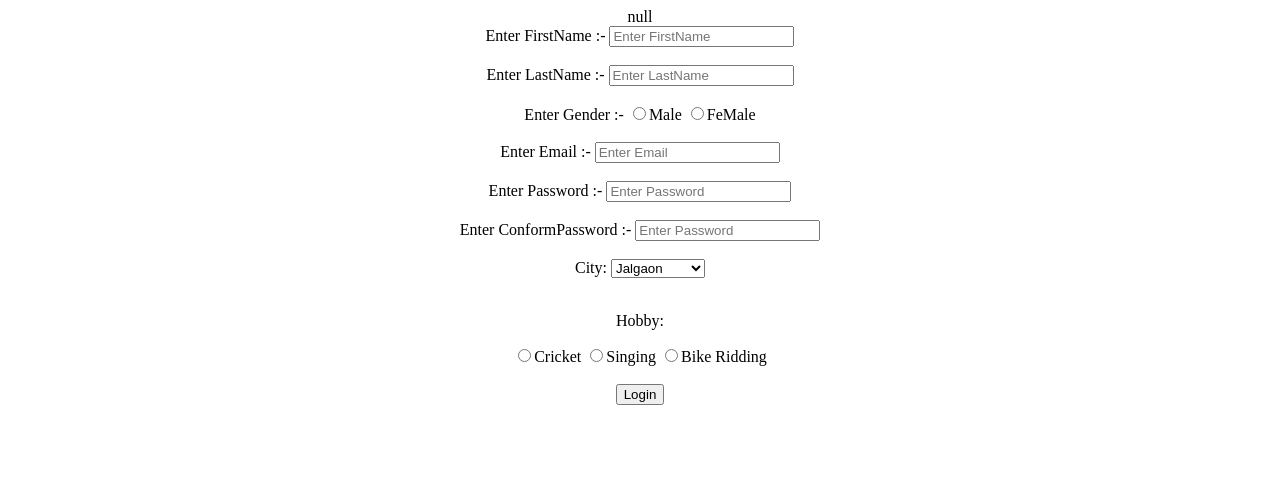
Repository: shzkhar/ISM_ADV_JAVA_23
Page: http://localhost/JSPRegiDemo/Regi.jsp
The author's editor kept a copy of each file at every save. The page is drawn from the files as they stood at one save, then again after the next save.
The browser window is 1280 px wide. The pictures show the whole page.
The page is served by Tomcat 9. Other server files are loaded and not shown.

Above is the page before, as saved 2023-04-02 13:12:53.

### JSPRegiDemo/src/main/webapp/Regi.jsp
<%@ page language="java" contentType="text/html; charset=ISO-8859-1"
    pageEncoding="ISO-8859-1"%>
<!DOCTYPE html>
<html>
<head>
<meta charset="ISO-8859-1">
<title>Insert title here</title>
</head>
<body align="center">
 <% String error = (String)request.getAttribute("error"); %>
    <%= error %>

    <form action="Registration" method="post">
            Enter FirstName :- <input type="text" name="firstname" placeholder="Enter FirstName"/><br><br>
            Enter LastName :- <input type="text" name="lastname" placeholder="Enter LastName"/><br><br>
            Enter Gender :- <input type="radio" name="gender" value="male"/>Male
                            <input type="radio" name="gender" value="female"/>FeMale <br><br>
            Enter Email :- <input type="text" name="email" placeholder="Enter Email"/><br><br>
            Enter Password :- <input type="password" name="pass" placeholder="Enter Password"/><br><br>
            Enter ConformPassword :- <input type="password" name="cnfpass" placeholder="Enter Password"/><br><br>

            <label for="City">City:</label>
                  <select id="city" name="city">
                      <option value="Jalgaon">Jalgaon</option>
                      <option value="Pune">Pune</option>
                      <option value="Mumbai">Mumbai</option>
                      <option value="Ahmedabad">Ahmedabad</option>
                   </select><br><br>


           <p>Hobby:</p>
  <input type="radio" id="hobbi1" name="hobbi" value="Cricket">Cricket

  <input type="radio" id="hobbi2" name="hobbi" value="Singing">Singing

  <input type="radio" id="hobbi3" name="hobbi" value="Bike Ridding">Bike Ridding

<br><br>

        <input type="submit" value="Login">

    </form>

</body>
</html>

After the next save:
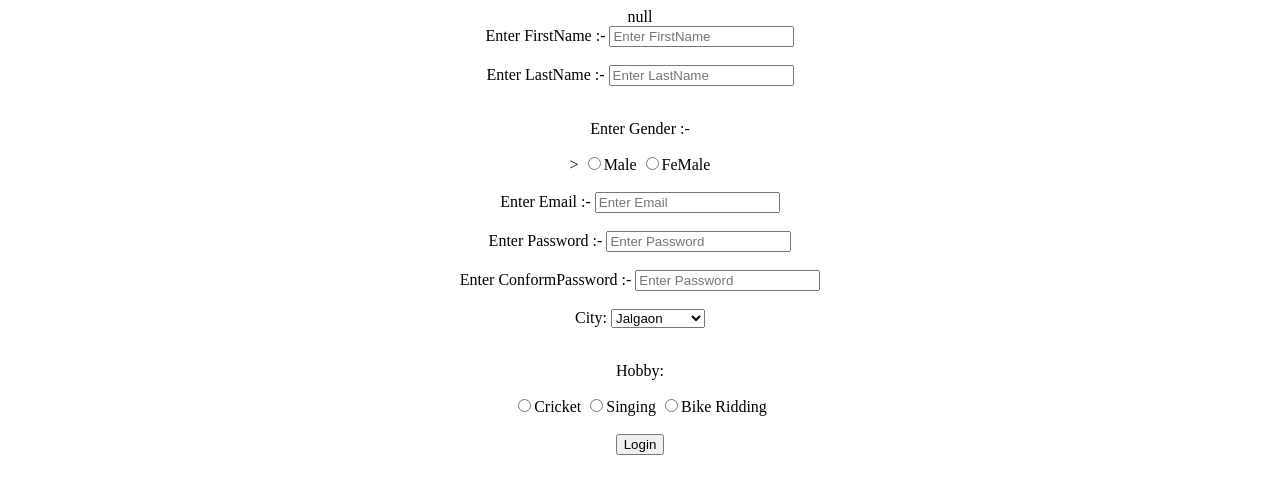
Saved 2 min 26 s later.
--- a/JSPRegiDemo/src/main/webapp/Regi.jsp
+++ b/JSPRegiDemo/src/main/webapp/Regi.jsp
@@ -13,7 +13,7 @@
     <form action="Registration" method="post">
             Enter FirstName :- <input type="text" name="firstname" placeholder="Enter FirstName"/><br><br>
             Enter LastName :- <input type="text" name="lastname" placeholder="Enter LastName"/><br><br>
-            Enter Gender :- <input type="radio" name="gender" value="male"/>Male
+            <p>Enter Gender :-</p>> <input type="radio" name="gender" value="male"/>Male
                             <input type="radio" name="gender" value="female"/>FeMale <br><br>
             Enter Email :- <input type="text" name="email" placeholder="Enter Email"/><br><br>
             Enter Password :- <input type="password" name="pass" placeholder="Enter Password"/><br><br>
